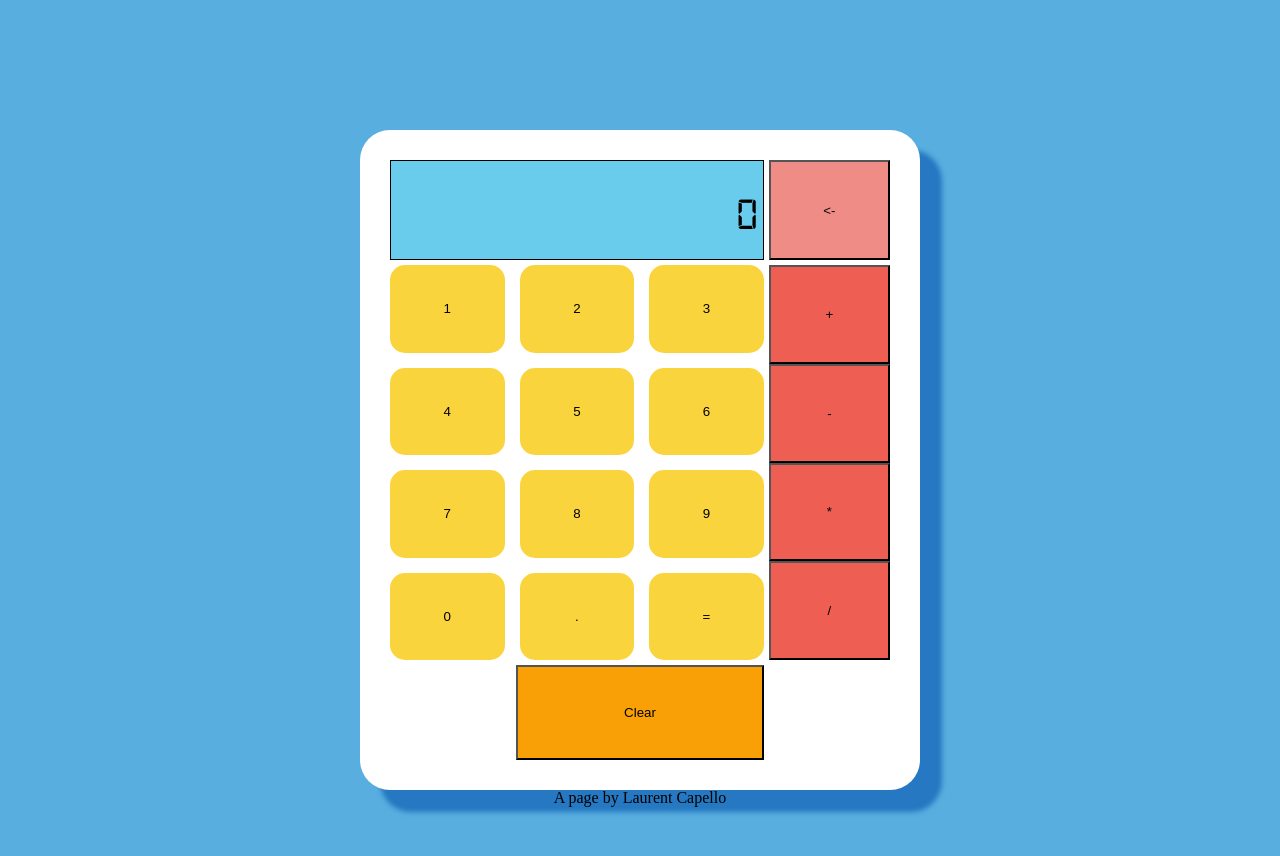
Repository: sokafootball/js-calculator
Page: index.html
These files come from the project's save history. The page is drawn as it stood at one moment and after the next save; the edit follows.
The browser window is 1280 px wide. The pictures show the whole page.

Above is the page before, as saved 2020-05-06 20:00:36.

### index.html
<html>
<head>
  <title>Javascript Calculator - By Laurent Capello</title>
  <link rel="stylesheet" type="text/css" href="reset.css">
  <link rel="stylesheet" type="text/css" href="style.css">
  <!--<link rel="stylesheet" type="text/css" href="wireframe.css">-->
  <link href="https://fonts.googleapis.com/css2?family=Barlow:wght@300&display=swap" rel="stylesheet">
</head>
<body>
<main id="main">
  <div id="calculator">
    <p id="display">0</p>
    <button id="backspace" class="button"><-</button>
    <div id="numpad">
      <button class="button num-button">1</button>
      <button class="button num-button">2</button>
      <button class="button num-button">3</button>
      <button class="button num-button">4</button>
      <button class="button num-button">5</button>
      <button class="button num-button">6</button>
      <button class="button num-button">7</button>
      <button class="button num-button">8</button>
      <button class="button num-button">9</button>
      <button class="button num-button">0</button>
      <button id="decimal-button" class="button">.</button>
      <button id="equal-button" class="button">=</button>
    </div>
    <div id="operators">
      <button class="button operation-button">+</button>
      <button class="button operation-button">-</button>
      <button class="button operation-button">*</button>
      <button class="button operation-button">/</button>
    </div>
    <button id="clear-button" class="button">Clear</button>
  </div>
</main>
<footer id="footer">
  <p>A page by <span id="signature">Laurent Capello</span></p>
</footer>
<div id="hidden-element" class="display-full" style="display: none"></div>
<script type="text/javascript" src="script.js"></script>
</body>
</html>

### style.css
@font-face {
  font-family: "calcFont";
  src: url("./fonts/digital-7/digital-7.ttf");
  }

body{
  align-items: center;
  background-color: hsl(202, 68%, 61%);
  display: flex;
  flex-direction: column;
  justify-content: space-between;
}

.display-full{
  animation-name: display-full;
  animation-duration: 0.3s;
}

#numpad button{
  background-color: hsl(48, 95%, 61%);
  border-radius: 15px;
  border-width: 0px;
}

#backspace{
  background-color: hsl(4, 77%, 73%);
  grid-area: backspace;
}

#calculator{
  background-color: white;
  border-radius: 30px;
  box-shadow: 21px 21px 5px 1px hsl(208, 68%, 45%);
  padding: 30px;
}

#calc-top{
  margin-bottom: 40px;
}

#clear-button{
  background-color: hsl(38, 95%, 50%);
  grid-area: clear;
}

#display{
  background-color: hsl(195, 78%, 67%);
  border: 1px solid black;
  font-family: 'calcFont', sans-serif;
  font-size: 45px;
  grid-area: display;
  line-height: 95px;
  padding-right: 5px;
  text-align: right;
  vertical-align: middle;
}

#calculator{
  display: grid;
  gap: 5px 5px;
  grid-template-areas:
    "display display display backspace"
    "numpad numpad numpad operators"
    "numpad numpad numpad operators"
    "numpad numpad numpad operators"
    "numpad numpad numpad operators"
    ". clear clear .";
  grid-template-columns: repeat(4, 1fr);
  grid-template-rows: 100px repeat(5, 1fr); /*first row is fixed to stop the border animation from taking space from other rows*/
  height: 600px;
  margin-top: 130px;
  width: 500px;
}

#footer{
  margin-bottom: 50px;
}

#numpad{
  display: grid;
  gap: 15px 15px;
  grid-area: numpad;
  grid-template-columns: repeat(3, 1fr);
  grid-template-rows: repeat(4, 1fr);
}

#operators{
  display: flex;
  flex-direction: column;
  justify-content: space-evenly;
  grid-area: operators;
}

#operators button{
  background-color: hsl(4, 82%, 63%);
  flex-grow: 1;
}

@keyframes display-full{
  0% {border: 1px solid black;}
  50% {
    border: 2px solid red;
    box-shadow: 0px 0px 6px 1px red;
    line-height: 93px;
    padding-right: 4px;
  }
  100% {border: 1px solid black;}
}

### script.js
/*
CODE BY LAURENT CAPELLO
*/

//#region STARTUP
const MAX_DISPLAY_LENGTH = 14
const MAX_DECIMALS = 3
const EXPONENTIAL_NOTATION_DIGITS = MAX_DISPLAY_LENGTH - 4 //4 digits are reserved for the exponential notation and the dot
let display = document.querySelector(`#display`)
let overwriteIsOn = true
let operation = null, operand1 = null, operand2 = null

addFunctionsToBtns()

function addFunctionsToBtns(){
	let numButtons = document.querySelectorAll(`.num-button`)
	numButtons = Array.from(numButtons)
	numButtons.forEach(button => {
		button.addEventListener(`click`, () => pressNumBtn(button.innerText))
	});

	let opButtons = document.querySelectorAll(`.operation-button`)
	opButtons = Array.from(opButtons)
	opButtons.forEach(button => {
		button.addEventListener(`click`, () => pressOperationBtn(button.innerText))
	});

	let equalButton = document.querySelector(`#equal-button`)
	equalButton.addEventListener(`click`, pressEqualBtn)

	let clearButton = document.querySelector(`#clear-button`)
	clearButton.addEventListener(`click`, pressClearBtn)

	let bckSpaceBtn = document.querySelector(`#backspace`)
	bckSpaceBtn.addEventListener(`click`, pressBackspaceBtn)

	let decimalBtn = document.querySelector(`#decimal-button`)
	decimalBtn.addEventListener(`click`, pressDecimalBtn)

	document.onkeydown = (e) => filterKeyPress(e)
}

function filterKeyPress(e){
	console.log(`key pressed`)
	if (e.which <= 105 && e.which >= 96){
		pressNumBtn(Number(e.key))
	} else if (e.which == 106 || e.which == 107 || e.which == 109 || e.which == 111) {
		pressOperationBtn(e.key)
	} else if (e.which == 13){
		pressEqualBtn()
	} else if (e.which == 110){
		pressDecimalBtn()
	} else if (e.which == 8){
		pressBackspaceBtn()
	}
}
//#endregion

//#region SUPPORT FUNCTIONS
function clear(){
	display.innerText = `0`
	operation = null
	operand1 = null
	operand2 = null
	overwriteIsOn = true
}

function displayNumber(num){
	if(num == 0 && display.innerText == `0`) return
  if(overwriteIsOn){
		if(num == `.`){
			display.innerText += num
		}else{
			display.innerText = num
		}
		overwriteIsOn = false
	}else{
		if(display.innerText.length >= MAX_DISPLAY_LENGTH){
			animateDisplay()
			return
		}
		display.innerText += num
	}
}

function displayResult(){
	operand1 = operate(operation, operand1, operand2)
	operand2 = null
	display.innerText = operand1
}

function saveNumber(){
	if(operation == null)
		operand1 =  Number(display.innerText)
	else operand2 =  Number(display.innerText)
}

function saveOperation(operationSign){
	operation = operationSign
	overwriteIsOn = true
}

function truncateDecimals(num){
	if((num % 1).toString().length > MAX_DECIMALS) return Number(num).toFixed(MAX_DECIMALS)
	return num
}

function truncateIntegers(num){
	if(num.toString().length <= MAX_DISPLAY_LENGTH) return num
	return num.toExponential(EXPONENTIAL_NOTATION_DIGITS)
}
//#endregion

//#region BUTTONS FUNCTIONS
function pressBackspaceBtn(){
	//if display length is 1
	if(display.innerText.length == 1){
		display.innerText = `0`
	}else{
		let displayArray = Array.from(display.innerText)
		displayArray.pop()
		display.innerText = displayArray.join(``)
	}
	saveNumber()
}

function pressDecimalBtn(){
	//add dot to the right of the number on display
	if (display.innerText.includes(`.`)) return
	displayNumber(`.`)
	saveNumber()
}

function pressClearBtn(){
	clear()
}

function pressEqualBtn(){
	if(operand1 != null && operand2 != null){
		displayResult()
		operation = null
		overwriteIsOn = true
		operand2 = null
	}else{
		operation = null
		overwriteIsOn = true
		operand2 = null
		display.innerText = operand1 == null ? `0` : operand1
	}
}

function pressNumBtn(num){
	displayNumber(Number(num))
	saveNumber()
}

function pressOperationBtn(operationSign){
	if (operation == null){
		saveOperation(operationSign)
	}else{
		if(operand1 != null && operand2 != null){
			displayResult()
		}
		saveOperation(operationSign)
	}
}
//#endregion

//#region MATH FUNCTIONS
function operate(operation, a, b){
	let result = null
	switch (operation){
		case `+`:
			operation = add
			break
		case `-`:
			operation = subtract
			break;
		case `*`:
			operation = multiply
			break
		case `/`:
			operation = divide
			break;
		default:
			console.log(`invalid operation`)
			return
	}
	result = Number(operation(a,b))
	result = truncateDecimals(result)
	result = truncateIntegers(result)
  return Number(result)
}

function add (...nums) {
	return nums.reduce((total, num) => {
		return total + num
	}, 0)
}

function subtract (...nums) {
	return nums.reduce((total, num) => {
		return total - num
	})
}

function sum (arr) {
	return add(...arr)
}

function divide (...nums){
	if (nums[1] == 0){
		console.log(`you can't divide by 0!`)
		clear()
		return 0
	}
	return nums.reduce((total, num) => total / num
	)
}

function multiply (...nums) {
	return nums.reduce((total, num) => {
		return total * num
	})
}
//#endregion

//#region DISPLAY ANIMATION FUNCTIONS
function convertDuration(durationString){
	let duration = Number(durationString.replace(`s`, ``))
	return duration * 1000
}

function animateDisplay(){
	let animDurationString = getComputedStyle(document.querySelector(`.display-full`)).animationDuration
	const ANIM_DURATION = convertDuration(animDurationString)
	display.classList.remove(`display-full`)
	display.classList.add(`display-full`)
	setTimeout(() => display.classList.remove(`display-full`), ANIM_DURATION);
}
//#endregion

Loaded but not shown: reset.css (common file)

After the next save:
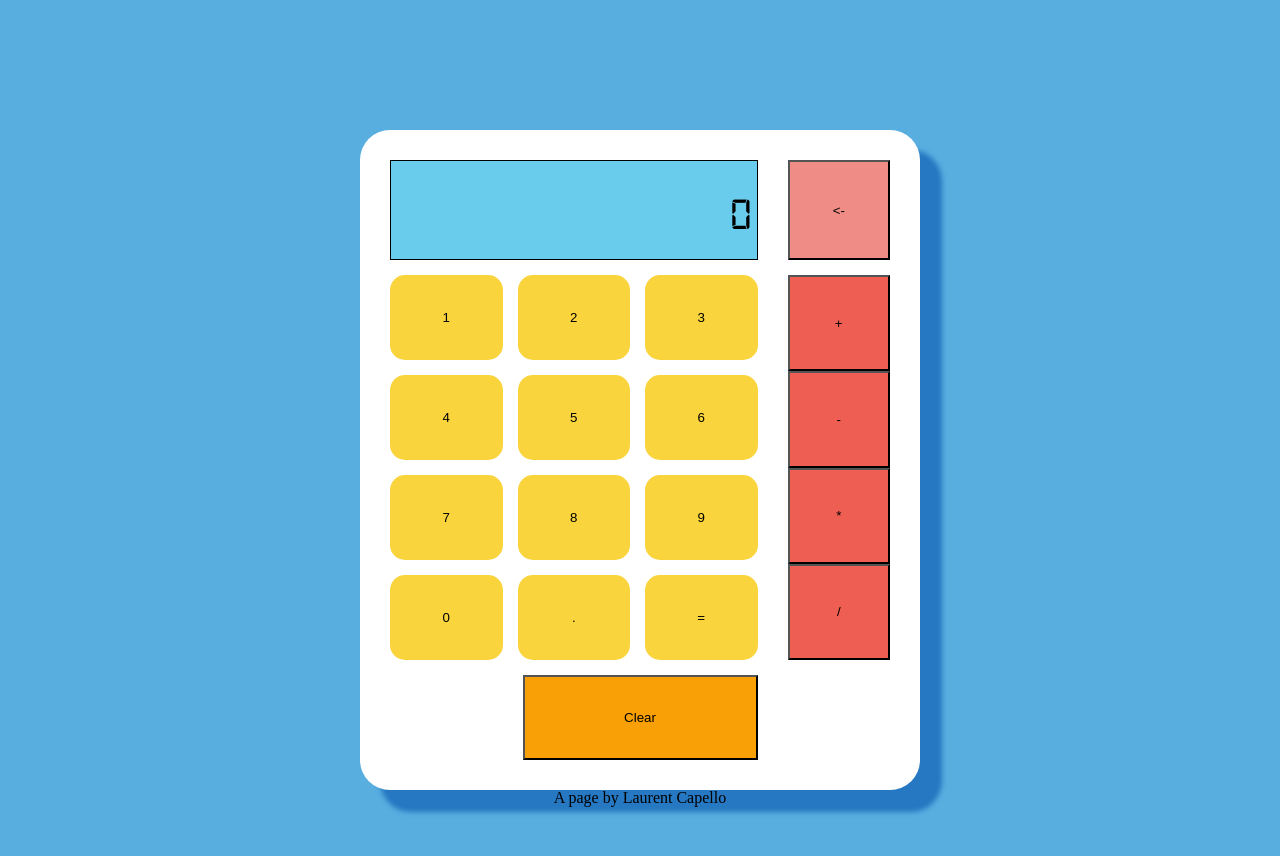
Saved 19 s later.
--- a/style.css
+++ b/style.css
@@ -57,7 +57,7 @@ body{
 
 #calculator{
   display: grid;
-  gap: 5px 5px;
+  gap: 15px 30px;
   grid-template-areas:
     "display display display backspace"
     "numpad numpad numpad operators"
